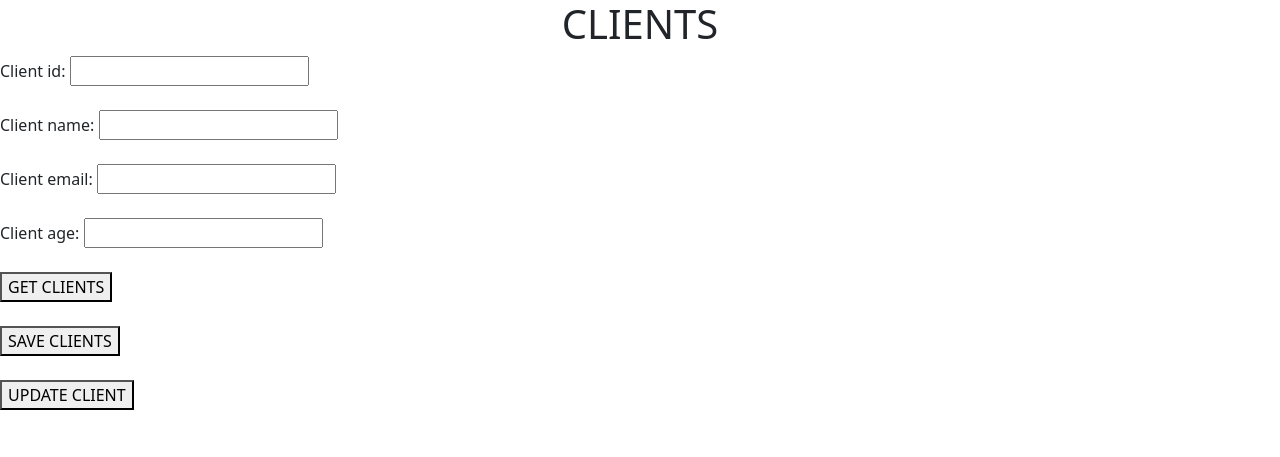
Repository: almendezl/MisionTIC
Page: index.html
The author's editor kept a copy of each file at every save. The page is drawn from the files as they stood at one save, then again after the next save.
The browser window is 1280 px wide. The pictures show the whole page.

Above is the page before, as saved 2022-10-01 21:24:17.

After the next save:
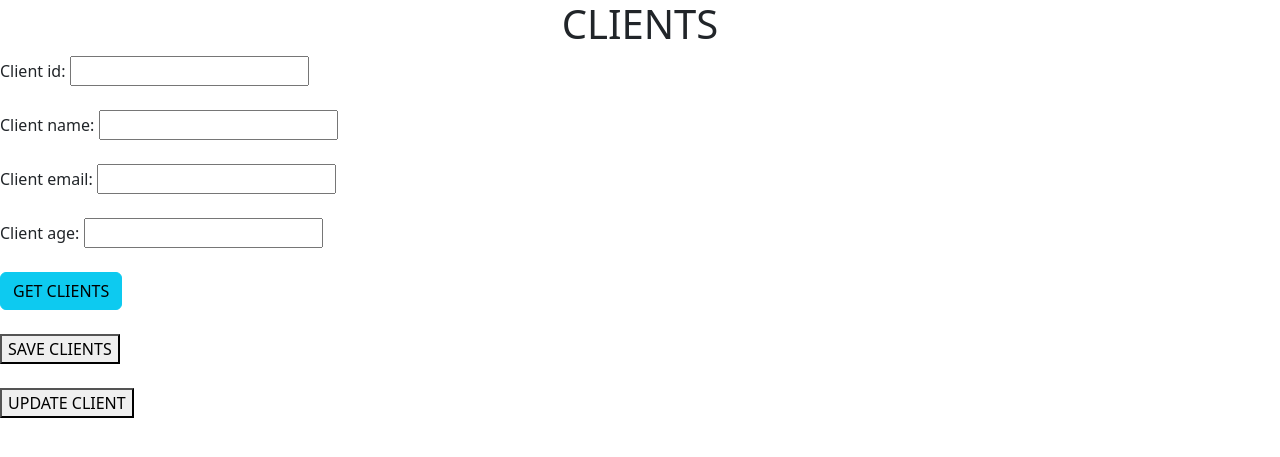
Saved 2 s later.
--- a/index.html
+++ b/index.html
@@ -21,7 +21,7 @@
     Client age: <input type="number" id="clientAge"><br><br>
 
 
-    <button onclick="getClients()">GET CLIENTS</button><br><br>
+    <button class="btn btn-info" onclick="getClients()">GET CLIENTS</button><br><br>
 
     <button onclick="setClient()">SAVE CLIENTS</button><br><br>
 
